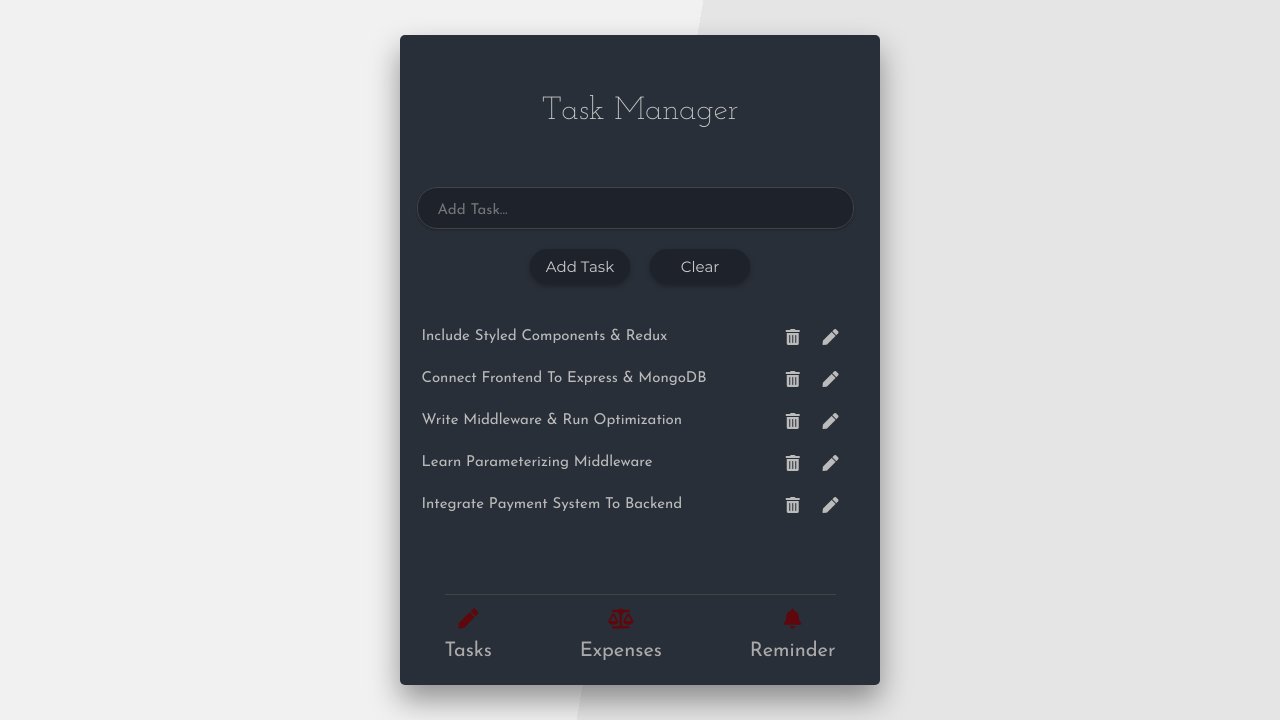
Repository: Kol124/react-task-manager
Page: /
These files come from the project's save history. The page is drawn as it stood at one moment and after the next save; the edit follows.
The browser window is 1280 px wide. The pictures show the whole page.
The project was rebuilt for these pictures with package versions that can differ from the ones it lists, and the page was loaded fresh each time. Also part of the build but not shown: src/components/Expenses/Expenses.js, src/components/Reminder/Reminder.js.

Above is the page before, as saved 2021-06-23 18:59:58.

### public/index.html
<!DOCTYPE html>
<html lang="en">
  <head>
    <meta charset="utf-8" />
    <link rel="icon" href="%PUBLIC_URL%/favicon.ico" />
    <meta name="viewport" content="width=device-width, initial-scale=1" />
    <meta name="theme-color" content="#000000" />
    <meta
      name="description"
      content="Web site created using create-react-app"
    />
    <link rel="apple-touch-icon" href="%PUBLIC_URL%/logo192.png" />
    <!--
      manifest.json provides metadata used when your web app is installed on a
      user's mobile device or desktop. See https://developers.google.com/web/fundamentals/web-app-manifest/
    -->
    <link rel="manifest" href="%PUBLIC_URL%/manifest.json" />
    <!--
      Notice the use of %PUBLIC_URL% in the tags above.
      It will be replaced with the URL of the `public` folder during the build.
      Only files inside the `public` folder can be referenced from the HTML.

      Unlike "/favicon.ico" or "favicon.ico", "%PUBLIC_URL%/favicon.ico" will
      work correctly both with client-side routing and a non-root public URL.
      Learn how to configure a non-root public URL by running `npm run build`.
    -->
    <link rel="stylesheet" href="all.min.css" />
    <title>React App</title>
  </head>
  <body>
    <noscript>You need to enable JavaScript to run this app.</noscript>
    <div id="root"></div>
    <!--
      This HTML file is a template.
      If you open it directly in the browser, you will see an empty page.

      You can add webfonts, meta tags, or analytics to this file.
      The build step will place the bundled scripts into the <body> tag.

      To begin the development, run `npm start` or `yarn start`.
      To create a production bundle, use `npm run build` or `yarn build`.
    -->
  </body>
</html>

### src/App.js
import "./App.css";
import React from "react";
import { BrowserRouter as Router, Switch, Route } from "react-router-dom";
import Header from "./components/Header";
import TaskForm from "./components/TaskForm";
import TaskList from "./components/TaskList";
import TaskContextProvider from "./context/TaskContext";
import Expenses from "./components/expenses/Expenses";
import Reminder from "./components/reminder/Reminder";
import Footer from "./components/Footer";

function App() {
  return (
    <Router>
      <TaskContextProvider>
        <div className="container">
          <div className="app-wrapper">
            <Header />
            <Switch>
              <Route exact path="/">
                <div className="main">
                  <TaskForm />
                  <TaskList />
                </div>
              </Route>

              <Route path="/expenses">
                <Expenses />
              </Route>

              <Route path="/reminder">
                <Reminder />
              </Route>
            </Switch>
            <Footer />
          </div>
        </div>
      </TaskContextProvider>
    </Router>
  );
}

export default App;

### src/App.css
@import url("fonts.css");

* {
  margin: 0;
  padding: 0;
  box-sizing: inherit;
}

html {
  box-sizing: border-box;
  font-size: 62.5%;
}

.container {
  width: 100%;
  height: 100vh;
  display: flex;
  align-items: center;
  justify-content: center;
  background: linear-gradient(100deg, #f1f1f1 50%, #e5e5e5 0);
}

.app-wrapper {
  background-color: #292f38;
  width: 48rem;
  height: 65rem;
  padding: 3rem 1rem 2.8rem;
  border-radius: 5px;
  box-shadow: 0 15px 30px rgba(0, 0, 0, 0.4);
}

.header .main-header {
  font-family: "Josefin Slab", serif;
  text-align: center;
  font-size: 3.2rem;
  color: #ccc;
  font-weight: 300;
  margin: 3rem 2rem 6rem 2rem;
}

.main {
  display: flex;
  flex-direction: column;
  align-items: space-between;
  margin-bottom: 5.5rem;
  width: 100%;
}

.form {
  display: flex;
  align-items: center;
  margin-bottom: 1.5rem;
  flex-direction: column;
  justify-content: center;
}

.task-input {
  font-family: "Josefin Sans", serif;
  padding: 1.5rem 1rem 1rem 2rem;
  margin: 0 1rem 1rem 0;
  color: #ccc;
  width: 95%;
  outline: none;
  font-size: 1.5rem;
  border-radius: 20px;
  border: 1px solid #444;
  background-color: #1d222b;
  box-shadow: 0 1px 2px rgba(0, 0, 0, 0.3);
}

@media only screen and (max-width: 460px) {
  html {
    font-size: 50%;
  }
}

.buttons {
  display: flex;
}

.btn {
  margin: 1rem;
}

.add-task-btn {
  width: 10rem;
  height: 3.5rem;
  background-color: #1d222b;
  color: #ccc;
  border: none;
  font-family: "Montserrat", sans-serif;
  font-size: 1.5rem;
  border-radius: 2rem;
  box-shadow: 0 2px 5px rgba(0, 0, 0, 0.3);
  outline: none;
  cursor: pointer;
}

.list {
  width: 95%;
  margin: auto;
  max-height: 27rem;
  overflow: hidden;
  overflow-y: auto;
}

/* width */
::-webkit-scrollbar {
  width: 6px;
}

/* Track */
::-webkit-scrollbar-track {
  border-radius: 10px;
  background-color: #aaa;
}

/* Handle */
::-webkit-scrollbar-thumb {
  background: #444;
  border-radius: 10px;
}

.list-item {
  display: flex;
  margin: 2rem 0;
  padding-bottom: 0.5rem;
  justify-content: space-between;
}

.list-item span {
  font-family: "Josefin Sans", sans-serif;
  color: #bbb;
  font-size: 1.5rem;
  text-transform: capitalize;
}

.task-btn {
  cursor: pointer;
  background-color: transparent;
  border: none;
  outline: none;
}

.btn-delete i {
  font-size: 1.6rem;
  color: #bbb;
  margin-right: 2rem;
}

.btn-edit i {
  font-size: 1.6rem;
  color: #bbb;
  margin-right: 2rem;
}

.clear-btn {
  width: 10rem;
  height: 3.5rem;
  background-color: #1d222b;
  color: #ccc;
  border: none;
  font-family: "Montserrat", sans-serif;
  font-size: 1.5rem;
  border-radius: 2rem;
  box-shadow: 0 2px 5px rgba(0, 0, 0, 0.3);
  outline: none;
  cursor: pointer;
}

.no-tasks {
  color: #777;
  text-align: center;
  font-family: "Montserrat", sans-serif;
  margin-top: 2.5rem;
  font-size: 2rem;
}

footer .nav {
  display: flex;
  align-items: center;
  justify-content: space-between;
  border-top: 1px solid #444;
  padding-top: 1.4rem;
  list-style: none;
  margin: 0 auto;
  width: 85%;
}

.nav li {
  font-family: "Josefin Sans", sans-serif;
  font-size: 2rem;
  text-align: center;
}

.nav li a {
  text-decoration: none;
}

.nav li i {
  color: #5e080d;
}

.nav li p {
  text-decoration: none;
  color: #aaa;
  margin-top: 1rem;
}

### src/components/Header.js
import React from "react";

const Header = () => {
  return (
    <div className="header">
      <h1 className="main-header">Task Manager</h1>
    </div>
  );
};

export default Header;

### src/components/TaskForm.js
import React, { useState, useContext, useEffect } from "react";
import { TaskContext } from "../context/TaskContext";

export default function TaskForm() {
  const { editItem, setEditItem, dispatch } = useContext(TaskContext);
  const [title, setTitle] = useState("");

  const handleSubmit = (e) => {
    e.preventDefault();
    if (editItem !== null) {
      dispatch({
        type: "EDIT_TASK",
        task: {
          title,
          id: editItem.id,
        },
      });
      setEditItem(null);
    } else {
      dispatch({
        type: "ADD_TASK",
        task: {
          title,
        },
      });
    }

    setTitle("");
  };

  useEffect(() => {
    if (editItem !== null) {
      setTitle(editItem.title);
      console.log(editItem);
    } else {
      setTitle("");
    }
  }, [editItem]);

  return (
    <form onSubmit={handleSubmit} className="form">
      <input
        type="text"
        placeholder="Add Task..."
        value={title}
        onChange={(e) => setTitle(e.target.value)}
        required
        className="task-input"
      />
      <div className="buttons">
        <button type="submit" className="btn add-task-btn">
          {editItem ? "Edit Task" : "Add Task"}
        </button>
        <button
          className="btn clear-btn"
          onClick={() => dispatch({ type: "CLEAR_TASK" })}
        >
          Clear
        </button>
      </div>
    </form>
  );
}

### src/components/TaskList.js
import React, { useContext } from "react";
import { TaskContext } from "../context/TaskContext";
import Task from "./Task";

export default function TaskList() {
  const { tasks } = useContext(TaskContext);

  return (
    <div>
      {tasks.length ? (
        <ul className="list">
          {tasks.map((task) => {
            return <Task task={task} key={task.id} />;
          })}
        </ul>
      ) : (
        <div className="no-tasks">No Tasks</div>
      )}
    </div>
  );
}

### src/context/TaskContext.js
import React, { createContext, useState, useReducer, useEffect } from "react";
import TaskReducer from "../reducer/TaskReducer";

export const TaskContext = createContext();

export default function TaskContextProvider(props) {
  const [tasks, dispatch] = useReducer(TaskReducer, [
    { title: "Include styled components & redux", id: 1 },
    { title: "Connect frontend to express & mongoDB", id: 2 },
    { title: "Write middleware & run optimization", id: 3 },
    { title: "Learn parameterizing middleware", id: 4 },
    { title: "Integrate payment system to backend", id: 5 },
  ]);
  const [editItem, setEditItem] = useState(null);

  const findItem = (id) => {
    const item = tasks.find((task) => task.id === id);
    setEditItem(item);
  };

  useEffect(() => {
    console.log(tasks);
  });

  return (
    <TaskContext.Provider
      value={{ tasks, editItem, setEditItem, findItem, dispatch }}
    >
      {props.children}
    </TaskContext.Provider>
  );
}

### src/components/Footer.js
import React from "react";
import { Link } from "react-router-dom";

export default function Footer() {
  return (
    <footer>
      <ul className="nav">
        <li>
          <Link to="/">
            <i className="fa fa-pen"></i>
            <p>Tasks</p>
          </Link>
        </li>

        <li>
          <Link to="/Expenses">
            <i className="fa fa-balance-scale"></i>
            <p>Expenses</p>
          </Link>
        </li>

        <li>
          <Link to="/Reminder">
            <i className="fa fa-bell"></i>
            <p>Reminder</p>
          </Link>
        </li>
      </ul>
    </footer>
  );
}

### src/fonts.css
/* josefin-sans-300 - latin */
@font-face {
  font-family: "Josefin Sans";
  font-style: normal;
  font-weight: 300;
  src: url("./fonts/josefin-sans-v17-latin-300.eot"); /* IE9 Compat Modes */
  src: local(""),
    url("./fonts/josefin-sans-v17-latin-300.eot?#iefix")
      format("embedded-opentype"),
    /* IE6-IE8 */ url("./fonts/josefin-sans-v17-latin-300.woff2")
      format("woff2"),
    /* Super Modern Browsers */ url("./fonts/josefin-sans-v17-latin-300.woff")
      format("woff"),
    /* Modern Browsers */ url("./fonts/josefin-sans-v17-latin-300.ttf")
      format("truetype"),
    /* Safari, Android, iOS */
      url("./fonts/josefin-sans-v17-latin-300.svg#JosefinSans") format("svg"); /* Legacy iOS */
}
/* josefin-sans-regular - latin */
@font-face {
  font-family: "Josefin Sans";
  font-style: normal;
  font-weight: 400;
  src: url("./fonts/josefin-sans-v17-latin-regular.eot"); /* IE9 Compat Modes */
  src: local(""),
    url("./fonts/josefin-sans-v17-latin-regular.eot?#iefix")
      format("embedded-opentype"),
    /* IE6-IE8 */ url("./fonts/josefin-sans-v17-latin-regular.woff2")
      format("woff2"),
    /* Super Modern Browsers */
      url("./fonts/josefin-sans-v17-latin-regular.woff") format("woff"),
    /* Modern Browsers */ url("./fonts/josefin-sans-v17-latin-regular.ttf")
      format("truetype"),
    /* Safari, Android, iOS */
      url("./fonts/josefin-sans-v17-latin-regular.svg#JosefinSans")
      format("svg"); /* Legacy iOS */
}
/* josefin-sans-600 - latin */
@font-face {
  font-family: "Josefin Sans";
  font-style: normal;
  font-weight: 600;
  src: url("./fonts/josefin-sans-v17-latin-600.eot"); /* IE9 Compat Modes */
  src: local(""),
    url("./fonts/josefin-sans-v17-latin-600.eot?#iefix")
      format("embedded-opentype"),
    /* IE6-IE8 */ url("./fonts/josefin-sans-v17-latin-600.woff2")
      format("woff2"),
    /* Super Modern Browsers */ url("./fonts/josefin-sans-v17-latin-600.woff")
      format("woff"),
    /* Modern Browsers */ url("./fonts/josefin-sans-v17-latin-600.ttf")
      format("truetype"),
    /* Safari, Android, iOS */
      url("./fonts/josefin-sans-v17-latin-600.svg#JosefinSans") format("svg"); /* Legacy iOS */
}
/* josefin-sans-700 - latin */
@font-face {
  font-family: "Josefin Sans";
  font-style: normal;
  font-weight: 700;
  src: url("./fonts/josefin-sans-v17-latin-700.eot"); /* IE9 Compat Modes */
  src: local(""),
    url("./fonts/josefin-sans-v17-latin-700.eot?#iefix")
      format("embedded-opentype"),
    /* IE6-IE8 */ url("./fonts/josefin-sans-v17-latin-700.woff2")
      format("woff2"),
    /* Super Modern Browsers */ url("./fonts/josefin-sans-v17-latin-700.woff")
      format("woff"),
    /* Modern Browsers */ url("./fonts/josefin-sans-v17-latin-700.ttf")
      format("truetype"),
    /* Safari, Android, iOS */
      url("./fonts/josefin-sans-v17-latin-700.svg#JosefinSans") format("svg"); /* Legacy iOS */
}

/* josefin-slab-300 - latin */
@font-face {
  font-family: "Josefin Slab";
  font-style: normal;
  font-weight: 300;
  src: url("./fonts/josefin-slab-v13-latin-300.eot"); /* IE9 Compat Modes */
  src: local(""),
    url("./fonts/josefin-slab-v13-latin-300.eot?#iefix")
      format("embedded-opentype"),
    /* IE6-IE8 */ url("./fonts/josefin-slab-v13-latin-300.woff2")
      format("woff2"),
    /* Super Modern Browsers */ url("./fonts/josefin-slab-v13-latin-300.woff")
      format("woff"),
    /* Modern Browsers */ url("./fonts/josefin-slab-v13-latin-300.ttf")
      format("truetype"),
    /* Safari, Android, iOS */
      url("./fonts/josefin-slab-v13-latin-300.svg#JosefinSlab") format("svg"); /* Legacy iOS */
}
/* josefin-slab-regular - latin */
@font-face {
  font-family: "Josefin Slab";
  font-style: normal;
  font-weight: 400;
  src: url("./fonts/josefin-slab-v13-latin-regular.eot"); /* IE9 Compat Modes */
  src: local(""),
    url("./fonts/josefin-slab-v13-latin-regular.eot?#iefix")
      format("embedded-opentype"),
    /* IE6-IE8 */ url("./fonts/josefin-slab-v13-latin-regular.woff2")
      format("woff2"),
    /* Super Modern Browsers */
      url("./fonts/josefin-slab-v13-latin-regular.woff") format("woff"),
    /* Modern Browsers */ url("./fonts/josefin-slab-v13-latin-regular.ttf")
      format("truetype"),
    /* Safari, Android, iOS */
      url("./fonts/josefin-slab-v13-latin-regular.svg#JosefinSlab")
      format("svg"); /* Legacy iOS */
}
/* josefin-slab-600 - latin */
@font-face {
  font-family: "Josefin Slab";
  font-style: normal;
  font-weight: 600;
  src: url("./fonts/josefin-slab-v13-latin-600.eot"); /* IE9 Compat Modes */
  src: local(""),
    url("./fonts/josefin-slab-v13-latin-600.eot?#iefix")
      format("embedded-opentype"),
    /* IE6-IE8 */ url("./fonts/josefin-slab-v13-latin-600.woff2")
      format("woff2"),
    /* Super Modern Browsers */ url("./fonts/josefin-slab-v13-latin-600.woff")
      format("woff"),
    /* Modern Browsers */ url("./fonts/josefin-slab-v13-latin-600.ttf")
      format("truetype"),
    /* Safari, Android, iOS */
      url("./fonts/josefin-slab-v13-latin-600.svg#JosefinSlab") format("svg"); /* Legacy iOS */
}
/* josefin-slab-700 - latin */
@font-face {
  font-family: "Josefin Slab";
  font-style: normal;
  font-weight: 700;
  src: url("./fonts/josefin-slab-v13-latin-700.eot"); /* IE9 Compat Modes */
  src: local(""),
    url("./fonts/josefin-slab-v13-latin-700.eot?#iefix")
      format("embedded-opentype"),
    /* IE6-IE8 */ url("./fonts/josefin-slab-v13-latin-700.woff2")
      format("woff2"),
    /* Super Modern Browsers */ url("./fonts/josefin-slab-v13-latin-700.woff")
      format("woff"),
    /* Modern Browsers */ url("./fonts/josefin-slab-v13-latin-700.ttf")
      format("truetype"),
    /* Safari, Android, iOS */
      url("./fonts/josefin-slab-v13-latin-700.svg#JosefinSlab") format("svg"); /* Legacy iOS */
}

/* montserrat-300 - latin */
@font-face {
  font-family: "Montserrat";
  font-style: normal;
  font-weight: 300;
  src: url("./fonts/montserrat-v15-latin-300.eot"); /* IE9 Compat Modes */
  src: local(""),
    url("./fonts/montserrat-v15-latin-300.eot?#iefix")
      format("embedded-opentype"),
    /* IE6-IE8 */ url("./fonts/montserrat-v15-latin-300.woff2") format("woff2"),
    /* Super Modern Browsers */ url("./fonts/montserrat-v15-latin-300.woff")
      format("woff"),
    /* Modern Browsers */ url("./fonts/montserrat-v15-latin-300.ttf")
      format("truetype"),
    /* Safari, Android, iOS */
      url("./fonts/montserrat-v15-latin-300.svg#Montserrat") format("svg"); /* Legacy iOS */
}
/* montserrat-regular - latin */
@font-face {
  font-family: "Montserrat";
  font-style: normal;
  font-weight: 400;
  src: url("./fonts/montserrat-v15-latin-regular.eot"); /* IE9 Compat Modes */
  src: local(""),
    url("./fonts/montserrat-v15-latin-regular.eot?#iefix")
      format("embedded-opentype"),
    /* IE6-IE8 */ url("./fonts/montserrat-v15-latin-regular.woff2")
      format("woff2"),
    /* Super Modern Browsers */ url("./fonts/montserrat-v15-latin-regular.woff")
      format("woff"),
    /* Modern Browsers */ url("./fonts/montserrat-v15-latin-regular.ttf")
      format("truetype"),
    /* Safari, Android, iOS */
      url("./fonts/montserrat-v15-latin-regular.svg#Montserrat") format("svg"); /* Legacy iOS */
}
/* montserrat-500 - latin */
@font-face {
  font-family: "Montserrat";
  font-style: normal;
  font-weight: 500;
  src: url("./fonts/montserrat-v15-latin-500.eot"); /* IE9 Compat Modes */
  src: local(""),
    url("./fonts/montserrat-v15-latin-500.eot?#iefix")
      format("embedded-opentype"),
    /* IE6-IE8 */ url("./fonts/montserrat-v15-latin-500.woff2") format("woff2"),
    /* Super Modern Browsers */ url("./fonts/montserrat-v15-latin-500.woff")
      format("woff"),
    /* Modern Browsers */ url("./fonts/montserrat-v15-latin-500.ttf")
      format("truetype"),
    /* Safari, Android, iOS */
      url("./fonts/montserrat-v15-latin-500.svg#Montserrat") format("svg"); /* Legacy iOS */
}

### src/components/Task.js
import React, { useContext } from "react";
import { TaskContext } from "../context/TaskContext";

export default function Task({ task }) {
  const { findItem, dispatch } = useContext(TaskContext);

  return (
    <li className="list-item">
      <span>{task.title}</span>
      <div>
        <button
          className="btn-delete task-btn"
          onClick={() =>
            dispatch({ type: "REMOVE_TASK", task: { id: task.id } })
          }
        >
          <i className="fas fa-trash-alt"></i>
        </button>{" "}
        <button className="btn-edit task-btn" onClick={() => findItem(task.id)}>
          <i className="fas fa-pen"></i>
        </button>
      </div>
    </li>
  );
}

### src/reducer/TaskReducer.js
export default function TaskReducer(tasks, action) {
  switch (action.type) {
    case "ADD_TASK":
      return [
        ...tasks,
        {
          title: action.task.title,
          id: Math.random().toString(),
        },
      ];

    case "REMOVE_TASK":
      return tasks.filter((task) => task.id !== action.task.id);

    case "EDIT_TASK":
      return tasks.map((task) =>
        task.id === action.task.id
          ? { title: action.task.title, id: action.task.id }
          : task
      );

    case "CLEAR_TASK":
      return [];

    default:
      return tasks;
  }
}

Loaded but not shown: src/index.js (common file); src/index.css (common file); src/reportWebVitals.js (common file); public/all.min.css (library)

After the next save:
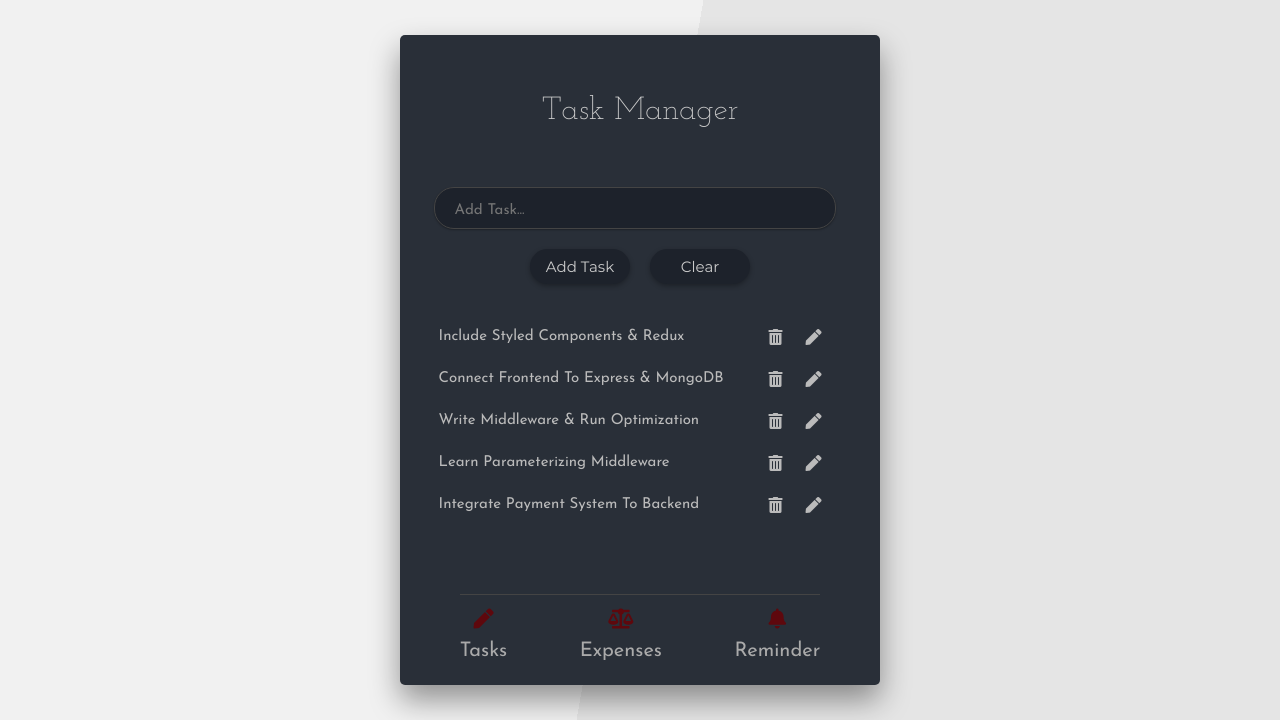
Saved 21 s later.
--- a/src/App.css
+++ b/src/App.css
@@ -24,7 +24,7 @@ html {
   background-color: #292f38;
   width: 48rem;
   height: 65rem;
-  padding: 3rem 1rem 2.8rem;
+  padding: 3rem 2.8rem 2rem 2.8rem;
   border-radius: 5px;
   box-shadow: 0 15px 30px rgba(0, 0, 0, 0.4);
 }
